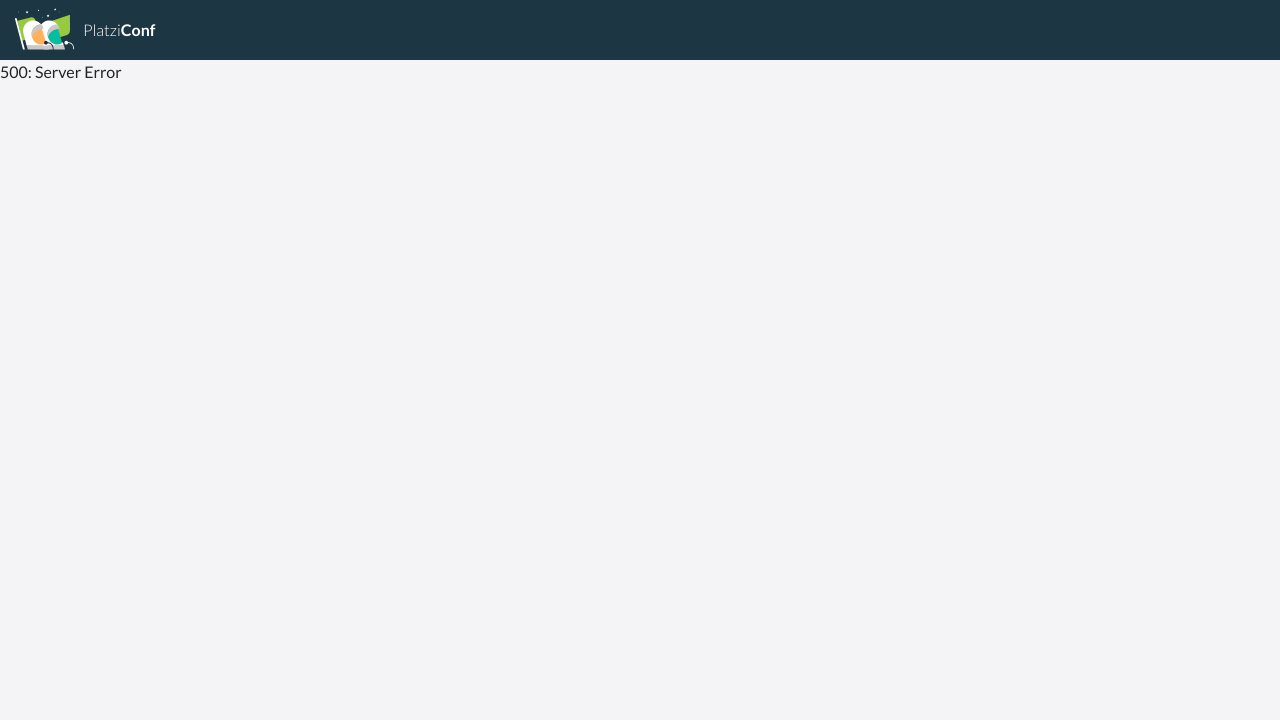
Repository: joseLozanoTamayo/project-react
Page: /badges (app in platzi-badges/)
The author's editor kept a copy of each file at every save. The page is drawn from the files as they stood at one save, then again after the next save.
The browser window is 1280 px wide. The pictures show the whole page.
The project was rebuilt for these pictures with package versions that can differ from the ones it lists, and the page was loaded fresh each time. Also part of the build but not shown: platzi-badges/src/pages/styles/Home.css, platzi-badges/src/pages/Home.js, platzi-badges/src/pages/styles/Badges.css, platzi-badges/src/components/styles/BadgesList.css, platzi-badges/src/components/BadgesList.js, platzi-badges/src/components/styles/PageLoading.css, platzi-badges/src/components/styles/Loader.css, platzi-badges/src/pages/styles/BadgeNew.css and 5 more.

Above is the page before, as saved 2019-06-02 21:24:16.

After the next save:
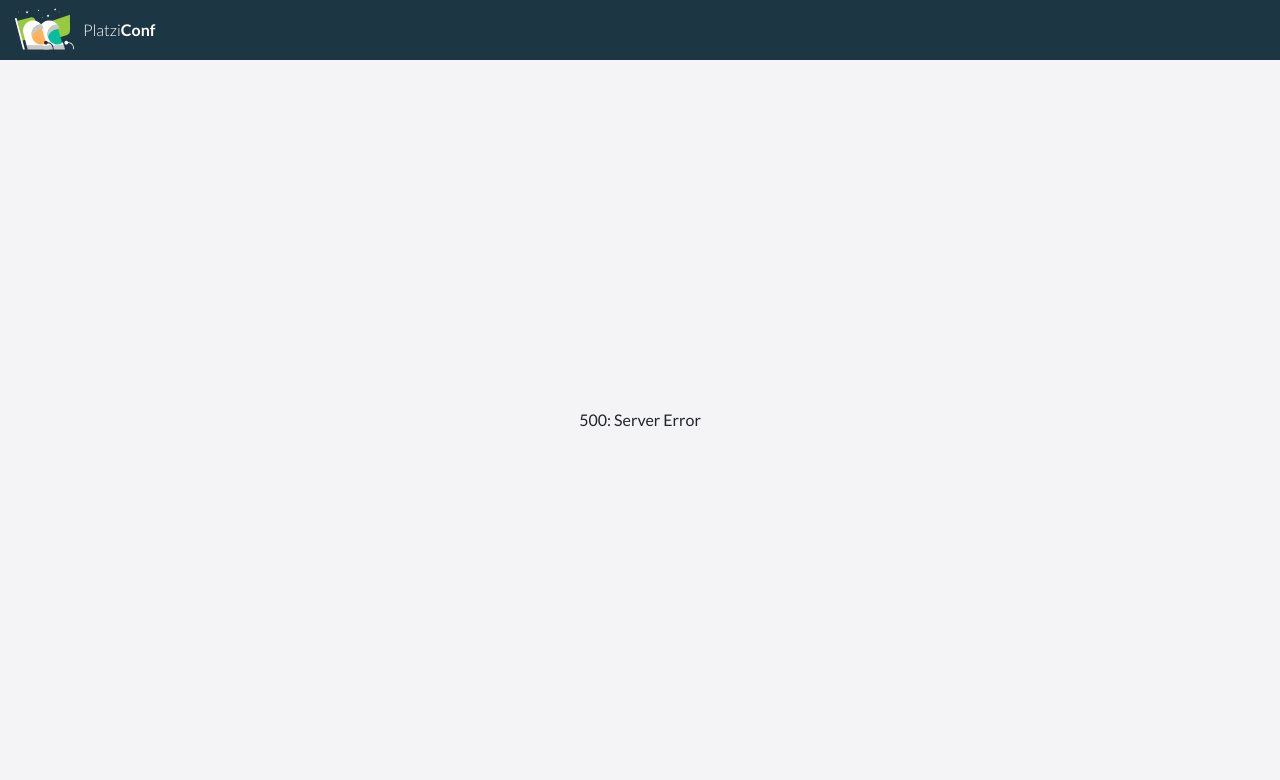
Saved 35 s later.
--- a/platzi-badges/src/components/PageError.js
+++ b/platzi-badges/src/components/PageError.js
@@ -1,4 +1,6 @@
 import React from 'react';
+
+import './styles/PageError.css';
 
 function PageError(props) {
     return <div className="PageError">{props.error.message}</div>;
